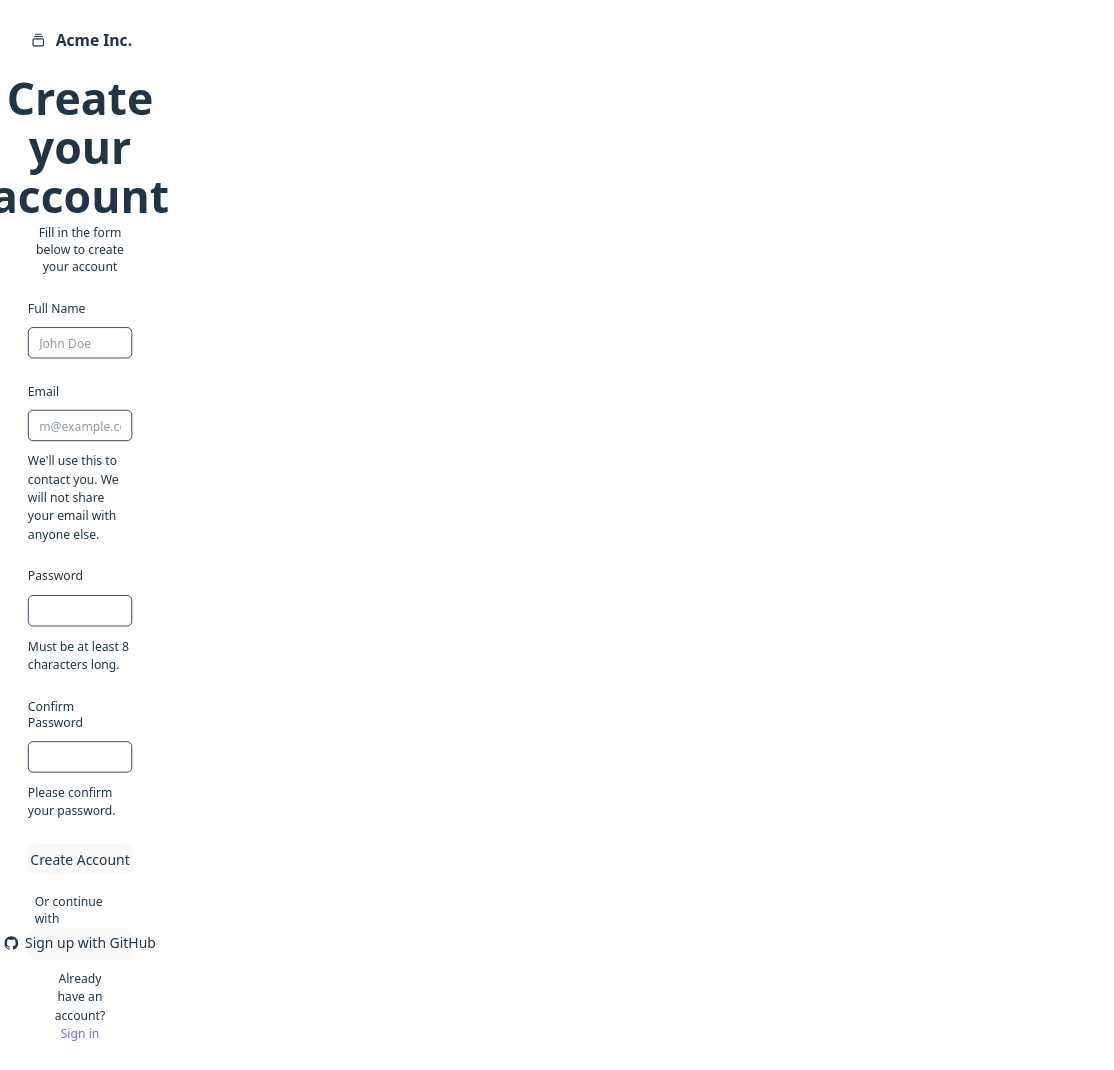
Repository: toilatrung/auth-ui-kit
Page: /register
An editor plug-in stored every save of this project. The page is shown before and after the next save, followed by the edit.
The browser window is 1280 px wide. The pictures show the whole page, at 87% of full size.
The project was rebuilt for these pictures with package versions that can differ from the ones it lists, and the page was loaded fresh each time. Also part of the build but not shown: vite.config.ts, src/pages/LoginPage.tsx.

Above is the page before, as saved 2025-11-01 16:11:54.

### index.html
<!doctype html>
<html lang="vi">
  <head>
    <meta charset="UTF-8" />
    <link rel="icon" type="image/svg+xml" href="/troy_logo.svg" />
    <meta name="viewport" content="width=device-width, initial-scale=1.0" />
    <title>features_lib</title>
  </head>
  <body>
    <div id="root"></div>
    <script type="module" src="/src/main.tsx"></script>
  </body>
</html>

### src/App.tsx
import LoginPage from "./pages/LoginPage";
import RegisterPage from "./pages/RegisterPage";
import { BrowserRouter, Routes, Route } from "react-router-dom";

{/* TEST FEATURES */}
function App() {
  return (
    <>
      <BrowserRouter>
        <Routes>
          <Route
            path="/login"
            element={<LoginPage />}
          />
          <Route
            path="/register"
            element={<RegisterPage />}
          />
        </Routes>
      </BrowserRouter>
    </>
  )
}

export default App

### src/pages/RegisterPage.tsx
import { GalleryVerticalEnd } from "lucide-react"
import { SignupForm } from "@/components/auth/signup-form"

const RegisterPage = () => {
  return (
    <div className="flex min-h-screen flex-col items-end justify-end bg-background">
      <div className="w-full max-w-md space-y-6 p-8">
        {/* Logo + Title */}
        <div className="flex items-center justify-center gap-2">
          <div className="bg-primary text-primary-foreground flex size-6 items-center justify-center rounded-md">
            <GalleryVerticalEnd className="size-4" />
          </div>
          <span className="text-lg font-semibold">Acme Inc.</span>
        </div>
        {/* Form */}
        <SignupForm />
      </div>
    </div>
  )
}

export default RegisterPage

### src/components/auth/signup-form.tsx
import { cn } from "@/lib/utils"
import { Button } from "@/components/ui/button"
import {
  Field,
  FieldDescription,
  FieldGroup,
  FieldLabel,
  FieldSeparator,
} from "@/components/ui/field"
import { Input } from "@/components/ui/input"

export function SignupForm({
  className,
  ...props
}: React.ComponentProps<"form">) {
  return (
    <form className={cn("flex flex-col gap-6", className)} {...props}>
      <FieldGroup>
        <div className="flex flex-col items-center gap-1 text-center">
          <h1 className="text-2xl font-bold">Create your account</h1>
          <p className="text-muted-foreground text-sm text-balance">
            Fill in the form below to create your account
          </p>
        </div>
        <Field>
          <FieldLabel htmlFor="name">Full Name</FieldLabel>
          <Input id="name" type="text" placeholder="John Doe" required />
        </Field>
        <Field>
          <FieldLabel htmlFor="email">Email</FieldLabel>
          <Input id="email" type="email" placeholder="m@example.com" required />
          <FieldDescription>
            We&apos;ll use this to contact you. We will not share your email
            with anyone else.
          </FieldDescription>
        </Field>
        <Field>
          <FieldLabel htmlFor="password">Password</FieldLabel>
          <Input id="password" type="password" required />
          <FieldDescription>
            Must be at least 8 characters long.
          </FieldDescription>
        </Field>
        <Field>
          <FieldLabel htmlFor="confirm-password">Confirm Password</FieldLabel>
          <Input id="confirm-password" type="password" required />
          <FieldDescription>Please confirm your password.</FieldDescription>
        </Field>
        <Field>
          <Button type="submit">Create Account</Button>
        </Field>
        <FieldSeparator>Or continue with</FieldSeparator>
        <Field>
          <Button variant="outline" type="button">
            <svg xmlns="http://www.w3.org/2000/svg" viewBox="0 0 24 24">
              <path
                d="M12 .297c-6.63 0-12 5.373-12 12 0 5.303 3.438 9.8 8.205 11.385.6.113.82-.258.82-.577 0-.285-.01-1.04-.015-2.04-3.338.724-4.042-1.61-4.042-1.61C4.422 18.07 3.633 17.7 3.633 17.7c-1.087-.744.084-.729.084-.729 1.205.084 1.838 1.236 1.838 1.236 1.07 1.835 2.809 1.305 3.495.998.108-.776.417-1.305.76-1.605-2.665-.3-5.466-1.332-5.466-5.93 0-1.31.465-2.38 1.235-3.22-.135-.303-.54-1.523.105-3.176 0 0 1.005-.322 3.3 1.23.96-.267 1.98-.399 3-.405 1.02.006 2.04.138 3 .405 2.28-1.552 3.285-1.23 3.285-1.23.645 1.653.24 2.873.12 3.176.765.84 1.23 1.91 1.23 3.22 0 4.61-2.805 5.625-5.475 5.92.42.36.81 1.096.81 2.22 0 1.606-.015 2.896-.015 3.286 0 .315.21.69.825.57C20.565 22.092 24 17.592 24 12.297c0-6.627-5.373-12-12-12"
                fill="currentColor"
              />
            </svg>
            Sign up with GitHub
          </Button>
          <FieldDescription className="px-6 text-center">
            Already have an account? <a href="#">Sign in</a>
          </FieldDescription>
        </Field>
      </FieldGroup>
    </form>
  )
}

### src/components/ui/button.tsx
import * as React from "react"
import { Slot } from "@radix-ui/react-slot"
import { cva, type VariantProps } from "class-variance-authority"

import { cn } from "@/lib/utils"

const buttonVariants = cva(
  "inline-flex items-center justify-center gap-2 whitespace-nowrap rounded-md text-sm font-medium transition-all disabled:pointer-events-none disabled:opacity-50 [&_svg]:pointer-events-none [&_svg:not([class*='size-'])]:size-4 shrink-0 [&_svg]:shrink-0 outline-none focus-visible:border-ring focus-visible:ring-ring/50 focus-visible:ring-[3px] aria-invalid:ring-destructive/20 dark:aria-invalid:ring-destructive/40 aria-invalid:border-destructive",
  {
    variants: {
      variant: {
        default: "bg-primary text-primary-foreground hover:bg-primary/90",
        destructive:
          "bg-destructive text-white hover:bg-destructive/90 focus-visible:ring-destructive/20 dark:focus-visible:ring-destructive/40 dark:bg-destructive/60",
        outline:
          "border bg-background shadow-xs hover:bg-accent hover:text-accent-foreground dark:bg-input/30 dark:border-input dark:hover:bg-input/50",
        secondary:
          "bg-secondary text-secondary-foreground hover:bg-secondary/80",
        ghost:
          "hover:bg-accent hover:text-accent-foreground dark:hover:bg-accent/50",
        link: "text-primary underline-offset-4 hover:underline",
      },
      size: {
        default: "h-9 px-4 py-2 has-[>svg]:px-3",
        sm: "h-8 rounded-md gap-1.5 px-3 has-[>svg]:px-2.5",
        lg: "h-10 rounded-md px-6 has-[>svg]:px-4",
        icon: "size-9",
        "icon-sm": "size-8",
        "icon-lg": "size-10",
      },
    },
    defaultVariants: {
      variant: "default",
      size: "default",
    },
  }
)

function Button({
  className,
  variant,
  size,
  asChild = false,
  ...props
}: React.ComponentProps<"button"> &
  VariantProps<typeof buttonVariants> & {
    asChild?: boolean
  }) {
  const Comp = asChild ? Slot : "button"

  return (
    <Comp
      data-slot="button"
      className={cn(buttonVariants({ variant, size, className }))}
      {...props}
    />
  )
}

export { Button, buttonVariants }

### src/components/ui/field.tsx
import { useMemo } from "react"
import { cva, type VariantProps } from "class-variance-authority"

import { cn } from "@/lib/utils"
import { Label } from "@/components/ui/label"
import { Separator } from "@/components/ui/separator"

function FieldSet({ className, ...props }: React.ComponentProps<"fieldset">) {
  return (
    <fieldset
      data-slot="field-set"
      className={cn(
        "flex flex-col gap-6",
        "has-[>[data-slot=checkbox-group]]:gap-3 has-[>[data-slot=radio-group]]:gap-3",
        className
      )}
      {...props}
    />
  )
}

function FieldLegend({
  className,
  variant = "legend",
  ...props
}: React.ComponentProps<"legend"> & { variant?: "legend" | "label" }) {
  return (
    <legend
      data-slot="field-legend"
      data-variant={variant}
      className={cn(
        "mb-3 font-medium",
        "data-[variant=legend]:text-base",
        "data-[variant=label]:text-sm",
        className
      )}
      {...props}
    />
  )
}

function FieldGroup({ className, ...props }: React.ComponentProps<"div">) {
  return (
    <div
      data-slot="field-group"
      className={cn(
        "group/field-group @container/field-group flex w-full flex-col gap-7 data-[slot=checkbox-group]:gap-3 [&>[data-slot=field-group]]:gap-4",
        className
      )}
      {...props}
    />
  )
}

const fieldVariants = cva(
  "group/field flex w-full gap-3 data-[invalid=true]:text-destructive",
  {
    variants: {
      orientation: {
        vertical: ["flex-col [&>*]:w-full [&>.sr-only]:w-auto"],
        horizontal: [
          "flex-row items-center",
          "[&>[data-slot=field-label]]:flex-auto",
          "has-[>[data-slot=field-content]]:items-start has-[>[data-slot=field-content]]:[&>[role=checkbox],[role=radio]]:mt-px",
        ],
        responsive: [
          "flex-col [&>*]:w-full [&>.sr-only]:w-auto @md/field-group:flex-row @md/field-group:items-center @md/field-group:[&>*]:w-auto",
          "@md/field-group:[&>[data-slot=field-label]]:flex-auto",
          "@md/field-group:has-[>[data-slot=field-content]]:items-start @md/field-group:has-[>[data-slot=field-content]]:[&>[role=checkbox],[role=radio]]:mt-px",
        ],
      },
    },
    defaultVariants: {
      orientation: "vertical",
    },
  }
)

function Field({
  className,
  orientation = "vertical",
  ...props
}: React.ComponentProps<"div"> & VariantProps<typeof fieldVariants>) {
  return (
    <div
      role="group"
      data-slot="field"
      data-orientation={orientation}
      className={cn(fieldVariants({ orientation }), className)}
      {...props}
    />
  )
}

function FieldContent({ className, ...props }: React.ComponentProps<"div">) {
  return (
    <div
      data-slot="field-content"
      className={cn(
        "group/field-content flex flex-1 flex-col gap-1.5 leading-snug",
        className
      )}
      {...props}
    />
  )
}

function FieldLabel({
  className,
  ...props
}: React.ComponentProps<typeof Label>) {
  return (
    <Label
      data-slot="field-label"
      className={cn(
        "group/field-label peer/field-label flex w-fit gap-2 leading-snug group-data-[disabled=true]/field:opacity-50",
        "has-[>[data-slot=field]]:w-full has-[>[data-slot=field]]:flex-col has-[>[data-slot=field]]:rounded-md has-[>[data-slot=field]]:border [&>*]:data-[slot=field]:p-4",
        "has-data-[state=checked]:bg-primary/5 has-data-[state=checked]:border-primary dark:has-data-[state=checked]:bg-primary/10",
        className
      )}
      {...props}
    />
  )
}

function FieldTitle({ className, ...props }: React.ComponentProps<"div">) {
  return (
    <div
      data-slot="field-label"
      className={cn(
        "flex w-fit items-center gap-2 text-sm leading-snug font-medium group-data-[disabled=true]/field:opacity-50",
        className
      )}
      {...props}
    />
  )
}

function FieldDescription({ className, ...props }: React.ComponentProps<"p">) {
  return (
    <p
      data-slot="field-description"
      className={cn(
        "text-muted-foreground text-sm leading-normal font-normal group-has-[[data-orientation=horizontal]]/field:text-balance",
        "last:mt-0 nth-last-2:-mt-1 [[data-variant=legend]+&]:-mt-1.5",
        "[&>a:hover]:text-primary [&>a]:underline [&>a]:underline-offset-4",
        className
      )}
      {...props}
    />
  )
}

function FieldSeparator({
  children,
  className,
  ...props
}: React.ComponentProps<"div"> & {
  children?: React.ReactNode
}) {
  return (
    <div
      data-slot="field-separator"
      data-content={!!children}
      className={cn(
        "relative -my-2 h-5 text-sm group-data-[variant=outline]/field-group:-mb-2",
        className
      )}
      {...props}
    >
      <Separator className="absolute inset-0 top-1/2" />
      {children && (
        <span
          className="bg-background text-muted-foreground relative mx-auto block w-fit px-2"
          data-slot="field-separator-content"
        >
          {children}
        </span>
      )}
    </div>
  )
}

function FieldError({
  className,
  children,
  errors,
  ...props
}: React.ComponentProps<"div"> & {
  errors?: Array<{ message?: string } | undefined>
}) {
  const content = useMemo(() => {
    if (children) {
      return children
    }

    if (!errors?.length) {
      return null
    }

    const uniqueErrors = [
      ...new Map(errors.map((error) => [error?.message, error])).values(),
    ]

    if (uniqueErrors?.length == 1) {
      return uniqueErrors[0]?.message
    }

    return (
      <ul className="ml-4 flex list-disc flex-col gap-1">
        {uniqueErrors.map(
          (error, index) =>
            error?.message && <li key={index}>{error.message}</li>
        )}
      </ul>
    )
  }, [children, errors])

  if (!content) {
    return null
  }

  return (
    <div
      role="alert"
      data-slot="field-error"
      className={cn("text-destructive text-sm font-normal", className)}
      {...props}
    >
      {content}
    </div>
  )
}

export {
  Field,
  FieldLabel,
  FieldDescription,
  FieldError,
  FieldGroup,
  FieldLegend,
  FieldSeparator,
  FieldSet,
  FieldContent,
  FieldTitle,
}

### src/components/ui/input.tsx
import * as React from "react"

import { cn } from "@/lib/utils"

function Input({ className, type, ...props }: React.ComponentProps<"input">) {
  return (
    <input
      type={type}
      data-slot="input"
      className={cn(
        "file:text-foreground placeholder:text-muted-foreground selection:bg-primary selection:text-primary-foreground dark:bg-input/30 border-input h-9 w-full min-w-0 rounded-md border bg-transparent px-3 py-1 text-base shadow-xs transition-[color,box-shadow] outline-none file:inline-flex file:h-7 file:border-0 file:bg-transparent file:text-sm file:font-medium disabled:pointer-events-none disabled:cursor-not-allowed disabled:opacity-50 md:text-sm",
        "focus-visible:border-ring focus-visible:ring-ring/50 focus-visible:ring-[3px]",
        "aria-invalid:ring-destructive/20 dark:aria-invalid:ring-destructive/40 aria-invalid:border-destructive",
        className
      )}
      {...props}
    />
  )
}

export { Input }

Loaded but not shown: src/main.tsx (common file); src/index.css (common file); src/lib/utils.ts (common file); src/components/ui/label.tsx (common file); src/components/ui/separator.tsx (common file)

After the next save:
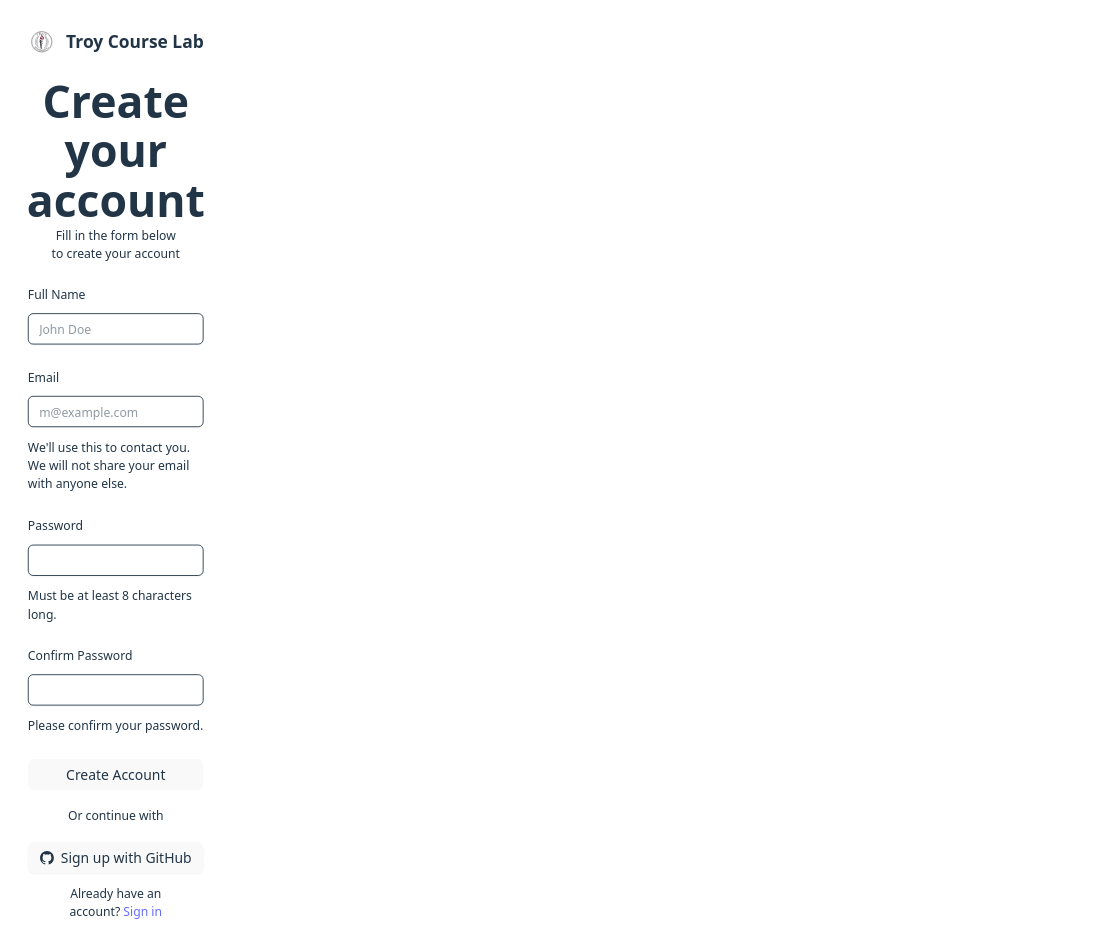
Saved 50 min 41 s later.
--- a/src/pages/RegisterPage.tsx
+++ b/src/pages/RegisterPage.tsx
@@ -1,17 +1,19 @@
-import { GalleryVerticalEnd } from "lucide-react"
 import { SignupForm } from "@/components/auth/signup-form"
 
 const RegisterPage = () => {
   return (
-    <div className="flex min-h-screen flex-col items-end justify-end bg-background">
+    <div className="flex min-h-screen flex-col items-center justify-center bg-background">
       <div className="w-full max-w-md space-y-6 p-8">
         {/* Logo + Title */}
-        <div className="flex items-center justify-center gap-2">
-          <div className="bg-primary text-primary-foreground flex size-6 items-center justify-center rounded-md">
-            <GalleryVerticalEnd className="size-4" />
-          </div>
-          <span className="text-lg font-semibold">Acme Inc.</span>
+        <div className="flex items-center justify-center gap-3">
+          <img
+            src="/troy_logo.svg"
+            alt="Troy Logo"
+            className="h-8 w-8"
+          />
+          <span className="text-xl font-semibold">Troy Course Lab</span>
         </div>
+
         {/* Form */}
         <SignupForm />
       </div>
